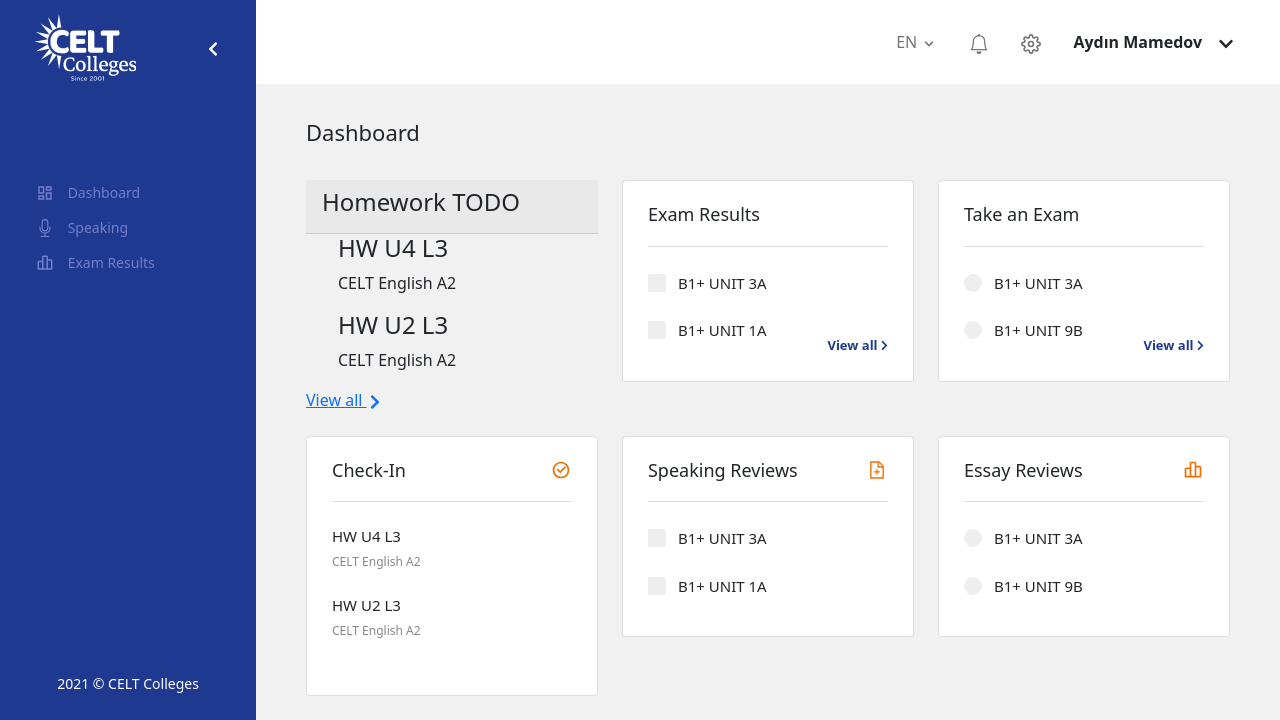
Repository: aydinws/celtapp
Page: /
The author's editor kept a copy of each file at every save. The page is drawn from the files as they stood at one save, then again after the next save.
The browser window is 1280 px wide. The pictures show the whole page.
The project was rebuilt for these pictures with package versions that can differ from the ones it lists, and the page was loaded fresh each time. Also part of the build but not shown: src/components/Table/index.scss, src/components/Pagination/index.scss, src/components/Pagination/index.js, src/components/Table/index.js, src/pages/ExamResults/index.js, src/pages/Speakings/index.js.

Above is the page before, as saved 2021-06-09 22:05:27.

After the next save:
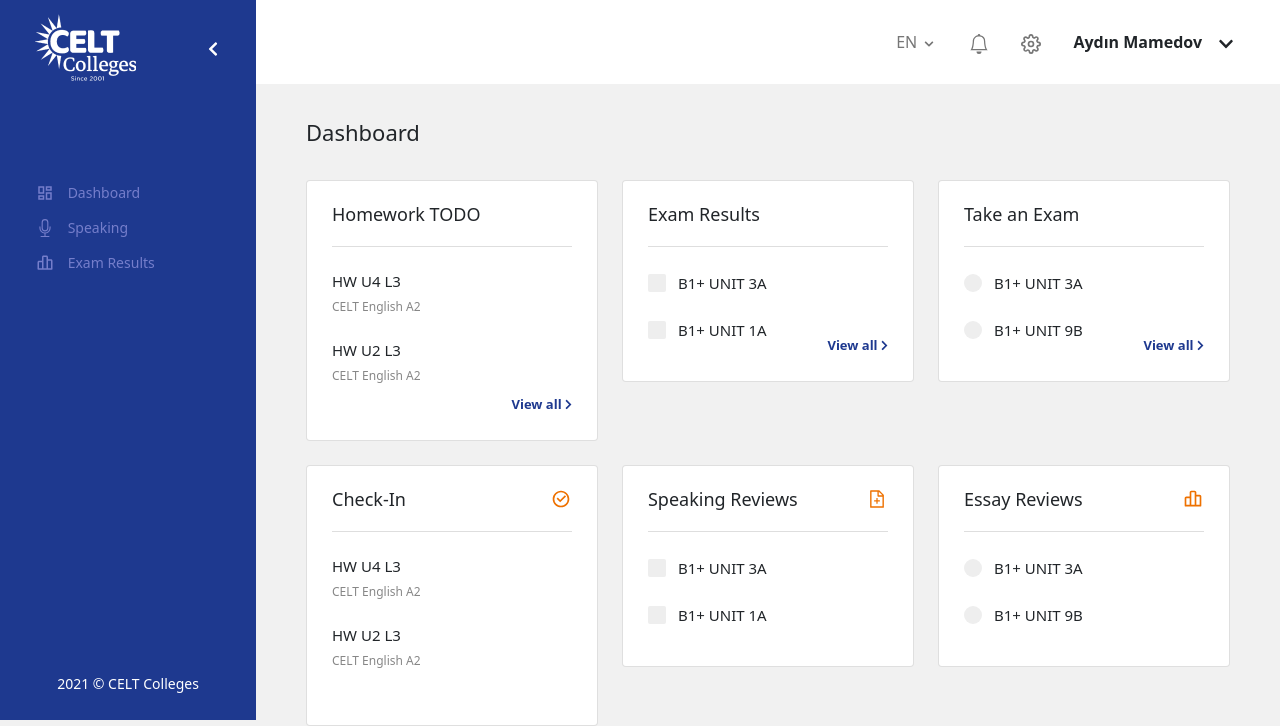
Saved 8 s later.
--- a/src/pages/Dashboard/index.js
+++ b/src/pages/Dashboard/index.js
@@ -33,7 +33,7 @@
                         <div className="row">
 
                             <div className="col-12 col-md-6 col-lg-4 mb-4">
-                                <div className="card__dashboard">
+                                <div className="card card--dashboard">
                                     <div className="card-header">
                                         <h4>Homework TODO</h4>
                                         <AiOutlineFileAdd className="d-none" />
